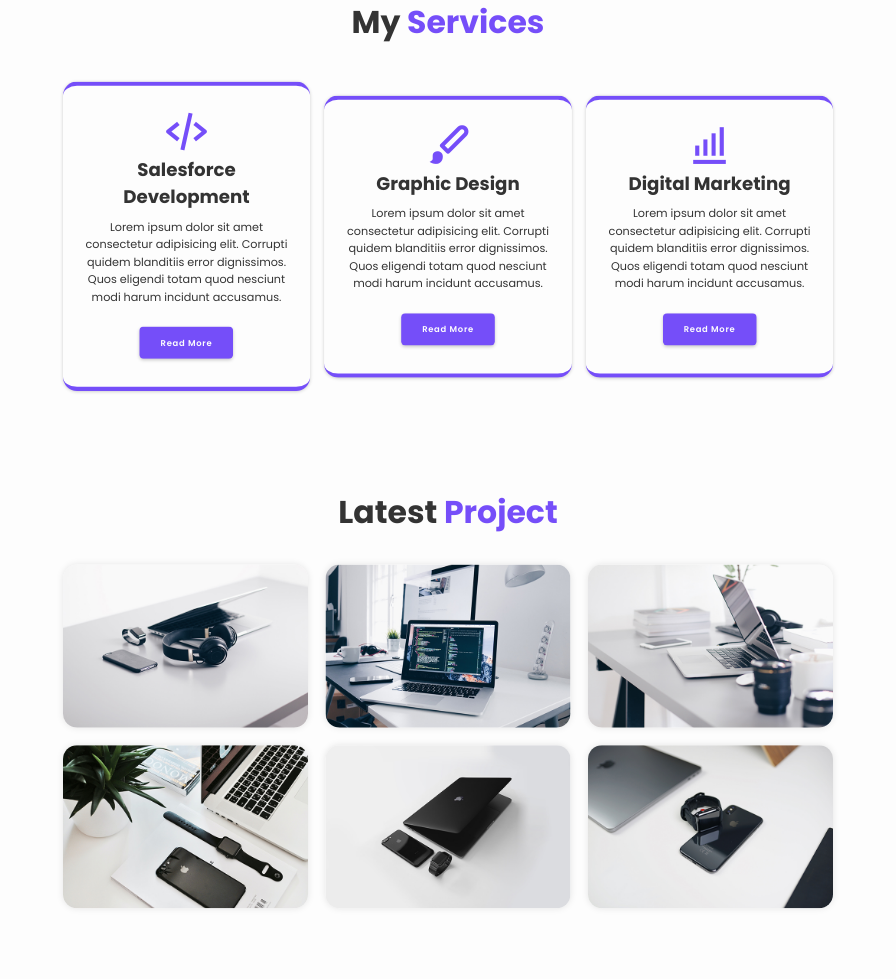
Repository: Gabi-Augusto/Portfolio
Page: index.html
These files come from the project's save history. The page is drawn as it stood at one moment and after the next save; the edit follows.
The browser window is 1280 px wide. The pictures show the part of the page from y = 1511 to 3431 px (the page is 2909 px tall before and 3431 px after), at 70% of full size.

Above is the page before, as saved 2023-11-29 19:26:56.

After the next save:
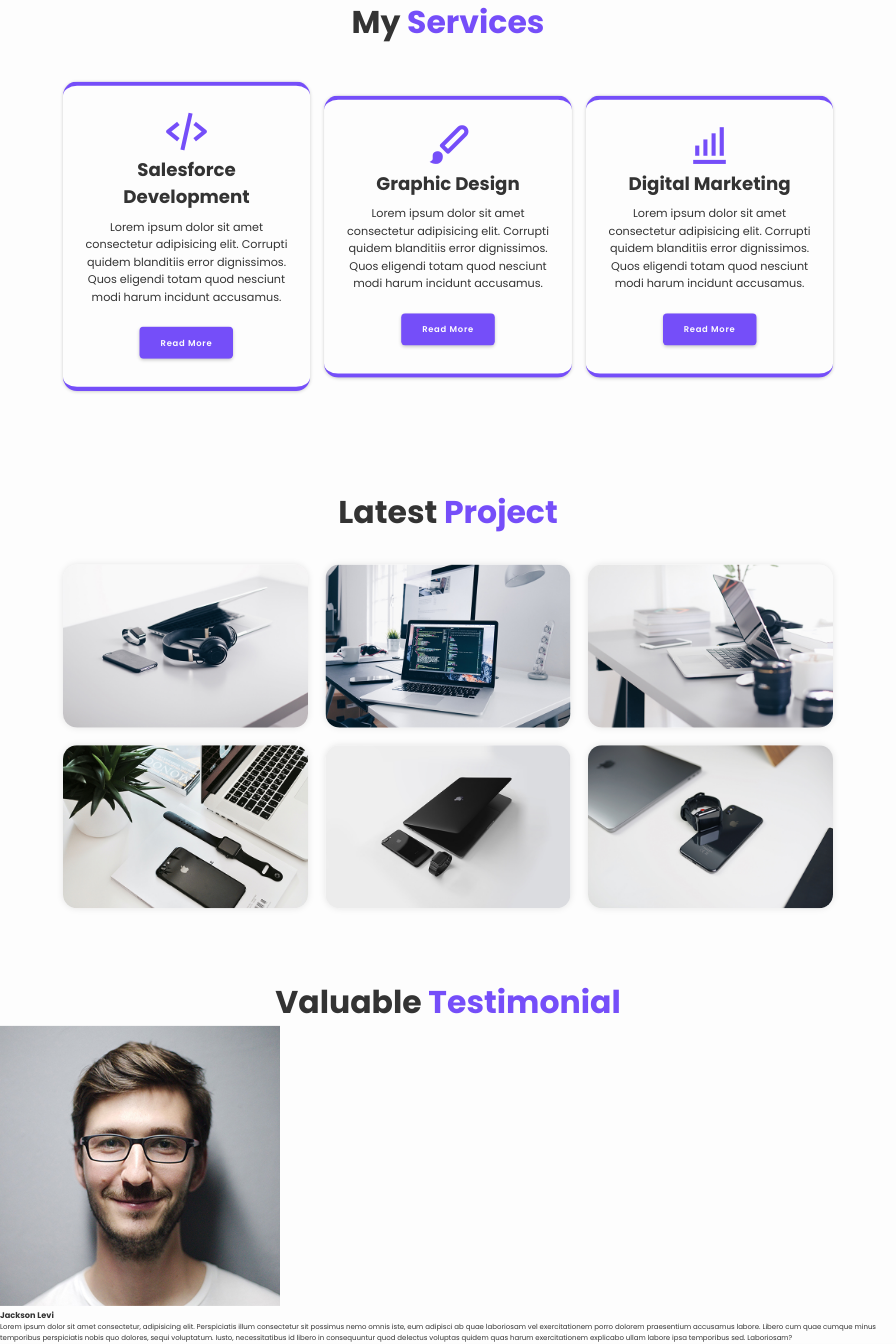
Saved 10 min 30 s later.
--- a/index.html
+++ b/index.html
@@ -190,6 +190,23 @@
 
     <!-- testimonial design -->
 
+    <div class="testimonial-container">
+        <h2 class="heading">Valuable <span>Testimonial</span></h2>
+
+        <div class="testimonial-wrapper">
+            <div class="testimonial-box">
+                <div class="testimonial-content">
+                    <div class="testimonial-slide">
+                        <img src="imagens/testimonial1.jpg" alt="">
+                        <h3>Jackson Levi</h3>
+                        <p>Lorem ipsum dolor sit amet consectetur, adipisicing elit. Perspiciatis illum consectetur sit possimus nemo omnis iste, eum adipisci ab quae laboriosam vel exercitationem porro dolorem praesentium accusamus labore. Libero cum quae cumque minus temporibus perspiciatis nobis quo dolores, sequi voluptatum. Iusto, necessitatibus id libero in consequuntur quod delectus voluptas quidem quas harum exercitationem explicabo ullam labore ipsa temporibus sed. Laboriosam?</p>
+
+                    </div>
+                </div>
+            </div>
+        </div>
+    </div>
+
     <!-- contact section design -->
 
     <!-- footer design -->
